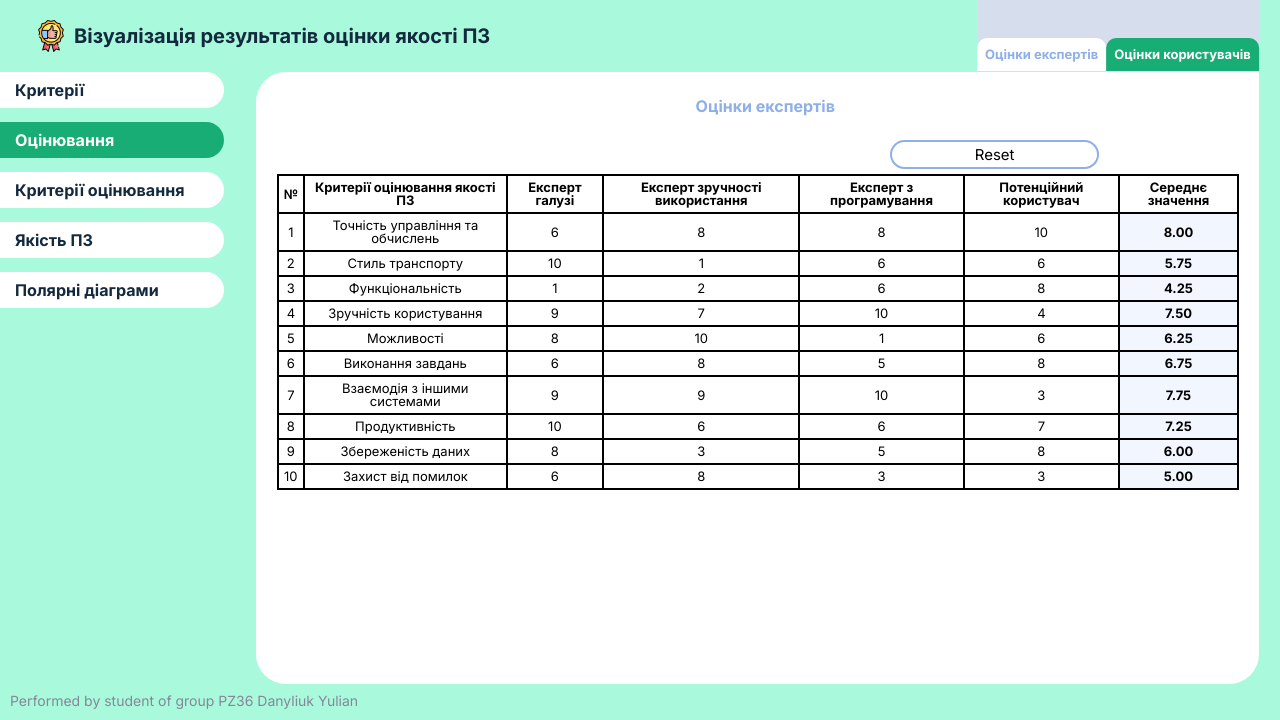
Repository: Akmitliviy/SA
Page: Lab06/lab6/Evaluation.html
An editor plug-in stored every save of this project. The page is shown before and after the next save, followed by the edit.
The browser window is 1280 px wide. The pictures show the whole page.

Above is the page before, as saved 2023-12-07 00:11:21.

After the next save:
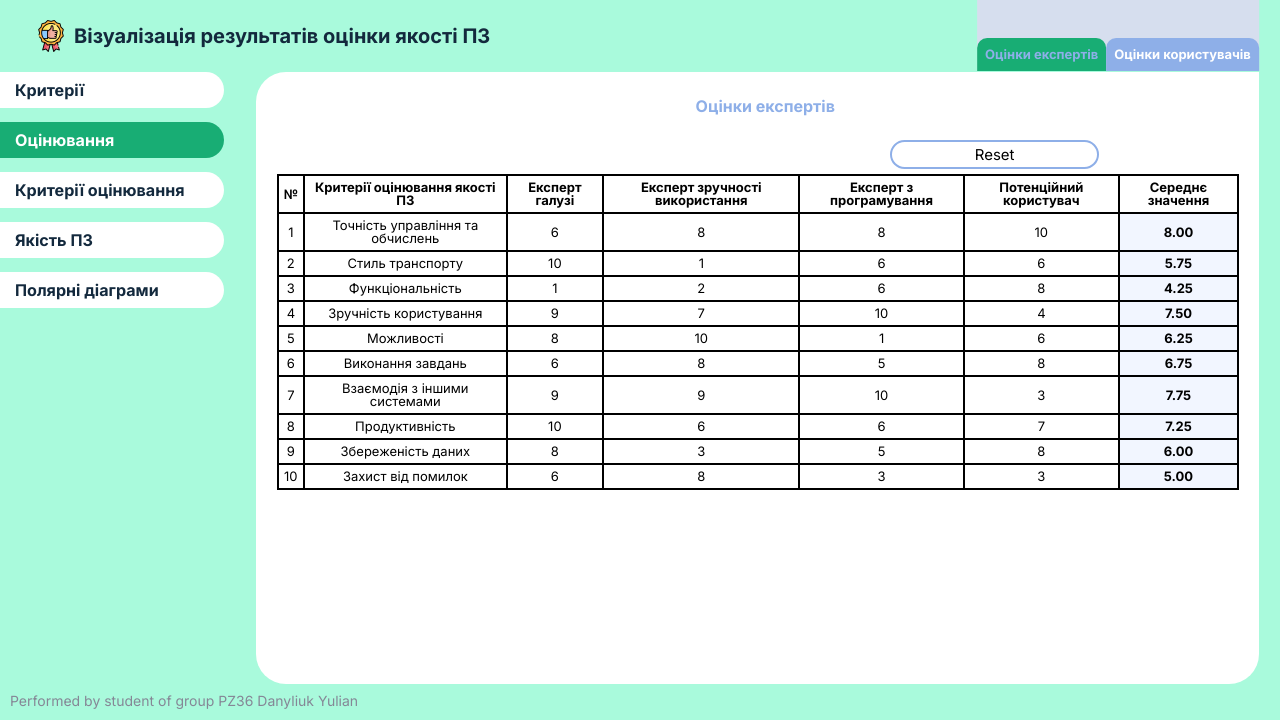
Saved 52 s later.
--- a/Lab06/lab6/js/tabs.js
+++ b/Lab06/lab6/js/tabs.js
@@ -6,12 +6,12 @@ function openPage(pageName, elmnt) {
   }
   tablinks = document.getElementsByClassName("tablink");
   for (i = 0; i < tablinks.length; i++) {
-    tablinks[i].style.backgroundColor = "#rgb(24, 173, 116)";
+    tablinks[i].style.backgroundColor = "#8EAFE8";
     tablinks[i].style.color = "white";
   }
   var selectedPage = document.getElementById(pageName);
   selectedPage.style.display = "flex";
-  elmnt.style.backgroundColor = "white";
+  elmnt.style.backgroundColor = "rgb(24, 173, 116)";
   elmnt.style.color = "#8EAFE8";
 }
 
